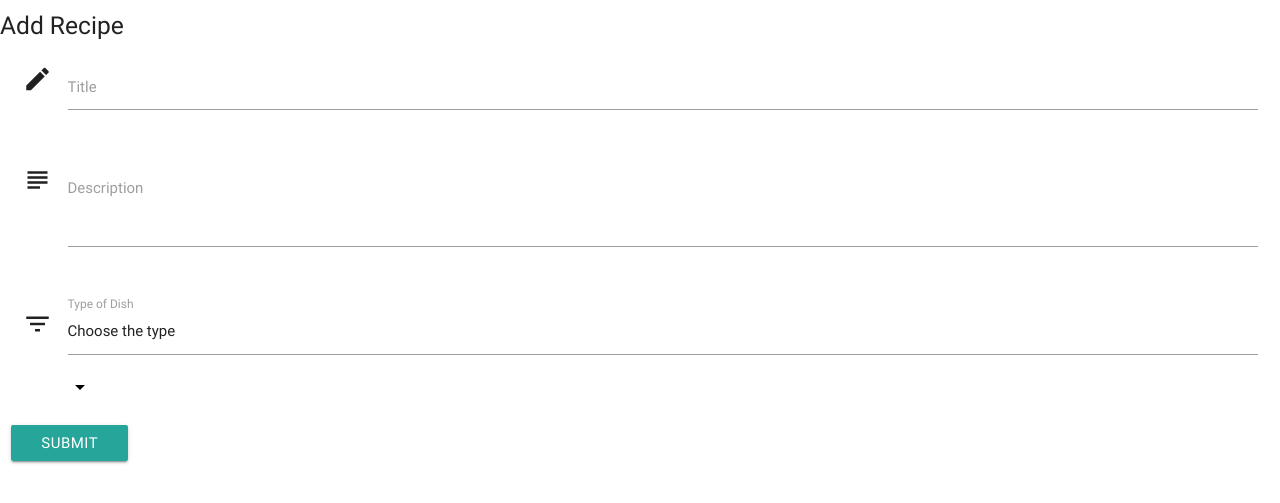
Repository: neillarkin/atari-app
Page: http://localhost/add_recipe
The author's editor kept a record of every edit. The page is drawn from the files as they stood at one moment, then again after the next edit.
The browser window is 1280 px wide. The pictures show the whole page.
The page is served by the project's application, run on Flask 3 (run.py). Queries for data that is not in the repository find no rows.

Above is the page before.

After the next edit:
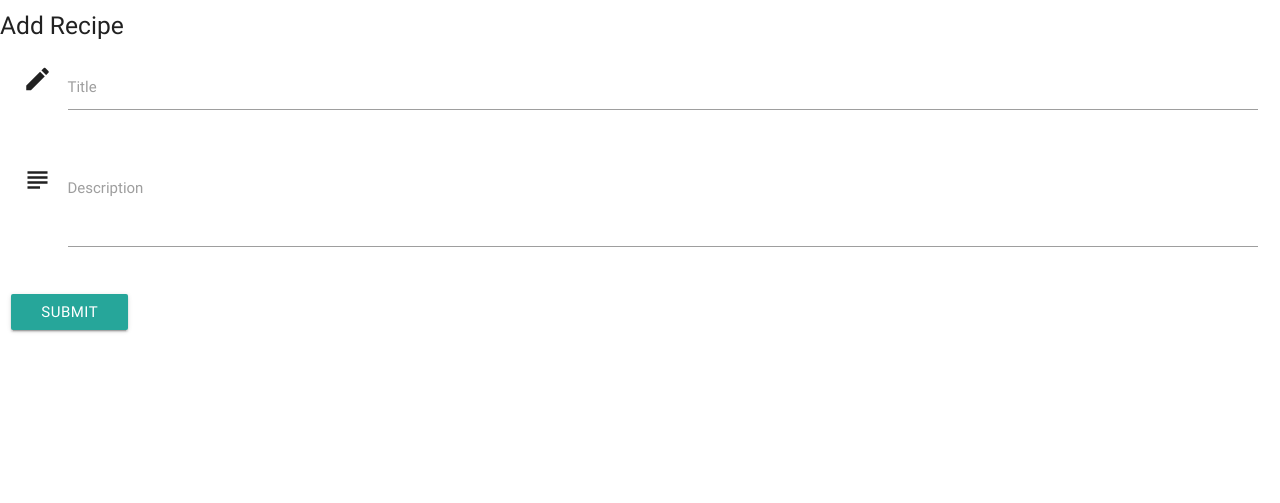
The edit:
--- a/templates/add_recipe.html
+++ b/templates/add_recipe.html
@@ -18,18 +18,19 @@
         <label for="textarea2">Description</label>
       </div>
     </div>
-    <div class="row">
-      <div class="input-field col s12">
-        <i class="material-icons prefix">filter_list</i>
-        <select id="category" name="category_name">
-          <option value="" disabled selected>Choose the type</option>
-          {% for category in categories %}
-            <option value="{{category.category_name}}">{{category.category_name}}</option>
-          {% endfor %}
-        </select>
-        <label>Type of Dish</label>
-      </div>
-    </div>
+
+    <!--<div class="row">-->
+    <!--  <div class="input-field col s12">-->
+    <!--    <i class="material-icons prefix">filter_list</i>-->
+    <!--    <select id="category" name="category_name">-->
+    <!--      <option value="" disabled selected>Choose the type</option>-->
+    <!--      {% for category in categories %}-->
+    <!--        <option value="{{category.category_name}}">{{category.category_name}}</option>-->
+    <!--      {% endfor %}-->
+    <!--    </select>-->
+    <!--    <label>Type of Dish</label>-->
+    <!--  </div>-->
+    <!--</div>-->
 
     <div class="row">
       <button class="btn waves-effect waves-light" type="submit" >Submit
